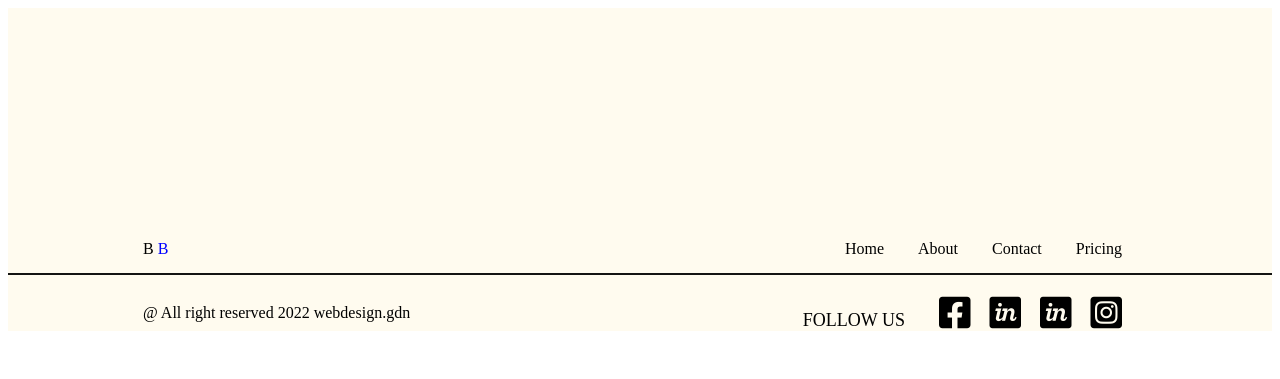
Repository: ngocphuocha/4lifeteam-marketing-agency
Page: index.html
An editor plug-in stored every save of this project. The page is shown before and after the next save, followed by the edit.
The browser window is 1280 px wide. The pictures show the whole page.

Above is the page before, as saved 2023-03-13 16:47:49.

### index.html
<!DOCTYPE html>
<html lang="en">
  <head>
    <meta charset="UTF-8" />
    <meta http-equiv="X-UA-Compatible" content="IE=edge" />
    <meta name="viewport" content="width=device-width, initial-scale=1.0" />
    <title>Landing page</title>
    <!-- hoang nhi css -->
    <link rel="stylesheet" href="css/footer-service.css" />
    <link rel="stylesheet" href="https://use.fontawesome.com/releases/v5.15.4/css/all.css" integrity="sha384-DyZ88mC6Up2uqS4h/KRgHuoeGwBcD4Ng9SiP4dIRy0EXTlnuz47vAwmeGwVChigm" crossorigin="anonymous"/>
  </head>
  <body>
    <!-- Our service (Hoang nhi) -->

    <!--  our service (hoang nhi) -->
  </body>


    <div class="background-footer">
          <div class="container">
            <div class="footer-left">
              <span class="span-1">B</span>
              <span class="span-2">B</span>
            </div>
            <div class="footer-right">
              <span>Home</span>
              <span>About</span>
              <span>Contact</span>
              <span>Pricing</span>
            </div>
          </div>
          <div class="footer">
            <div class="text-left">
              <span>@ All right reserved 2022 webdesign.gdn</span>
            </div>
            <div class="text-right">
              <span>FOLLOW US</span>
              <i class="fab fa-facebook-square"></i>
              <i class="fab fa-invision"></i>
              <i class="fab fa-invision"></i>
              <i class="fab fa-instagram-square"></i>
            </div>
          </div>
          <!-- <div class="list-left">
            <a>dsadsa</a>
          </div>
          <div class="list-right">
            <ul>
              <li>
                <a>Home</a>
              </li>
              <li>
                <a>About</a>
              </li>
              <li>
                <a>Contact</a>
              </li>
              <li>
                <a>Pricing</a>
              </li>
            </ul>
          </div>
          <div class="navbar">
            <a style="color: white;">dsadsa</a>
          </div>
          <div class="footer-text">
            <a>@ All right reserved 2022 webdesign.gdn</a>
          </div>
          <div class="footer-icons">
            <ul>
              <li>
                <a>FOLLOW US</a>
              </li>
              <li>
                <i class="fab fa-facebook-square"></i>
              </li>
              <li>
                <i class="fab fa-invision"></i>

              </li>
              <li>
                <i class="fab fa-twitter-square"></i>
              </li>
              <li>
                <i class="fab fa-instagram-square"></i>
              </li>

            </ul>
          </div> -->

    </div>
</html>

### css/footer-service.css
/*

.background-footer{
    width: 100%;
    background: #FFFBEF;
}

.background-footer .footer-text{
    margin-left: 135px;
}



.background-footer .list-right{
   float: right;
}

.background-footer .list-right ul{
   display: flex;
   list-style: none;
   margin-right: 135px;
 }
 .background-footer .list-right ul li{
    padding-left: 30px;
  }

  .background-footer .navbar{
    float: left;
    border-bottom: 2px solid rgba(5, 5, 5, 0.938);
    width: 1250px;
    margin-left: 135px;
    margin-right: 135px;
 }
 .background-footer .footer-text{
    float: left;
    padding-top: 34px;
 }

 .background-footer .footer-icons{
    float: right;
    padding-top: 34px;
 }

 .background-footer .footer-icons ul{
    display: flex;
    list-style: none;
    margin-right: 135px;
 }
 .background-footer .footer-icons ul li{
    padding-left: 12px;

 }
 .background-footer .footer-icons ul li a{
    text-decoration: none;
 }



  */


  .background-footer{
    background: #FFFBEF;
    padding-top: 232px;
  }

  .background-footer .container{
    display: flex;
    justify-content: space-between;
    align-items: center;
    padding: 0px 135px 15px;
    border-bottom: 2px solid rgba(5, 5, 5, 0.938);
    margin-bottom: 20px;
  }

  .background-footer .container .footer-left .span-1{
    font-size: 16px;
  }
  .background-footer .container .footer-left .span-2{
    font-weight: 700px;
    font-size: 16px;
    color: blue;
  }

  .background-footer .container .footer-right span{
    padding: 0px 15px;
  }

  .background-footer .footer{
    display: flex;
    align-items: center;
    justify-content: space-between;
    padding: 0px 135px;
  }

  .background-footer .footer .text-right{
    padding-right: 15px;
  }
  .background-footer .footer .text-right span{
    padding: 0px 15px;
    font-size: 18px;
  }
  .background-footer .footer .text-right i{
    padding-left: 15px;
    font-size: 36px;
  }

After the next save:
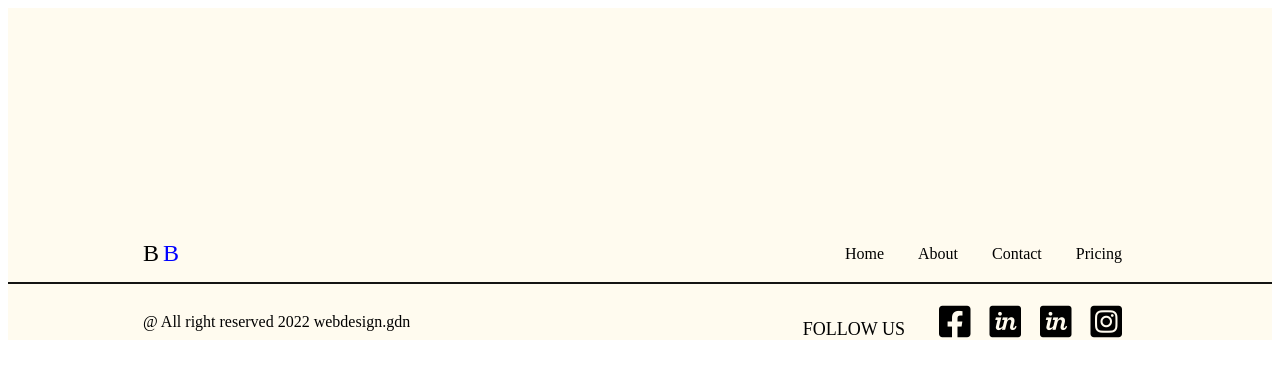
Saved 47 s later.
--- a/css/footer-service.css
+++ b/css/footer-service.css
@@ -74,11 +74,11 @@
   }
 
   .background-footer .container .footer-left .span-1{
-    font-size: 16px;
+    font-size: 24px;
   }
   .background-footer .container .footer-left .span-2{
     font-weight: 700px;
-    font-size: 16px;
+    font-size: 24px;
     color: blue;
   }
 
